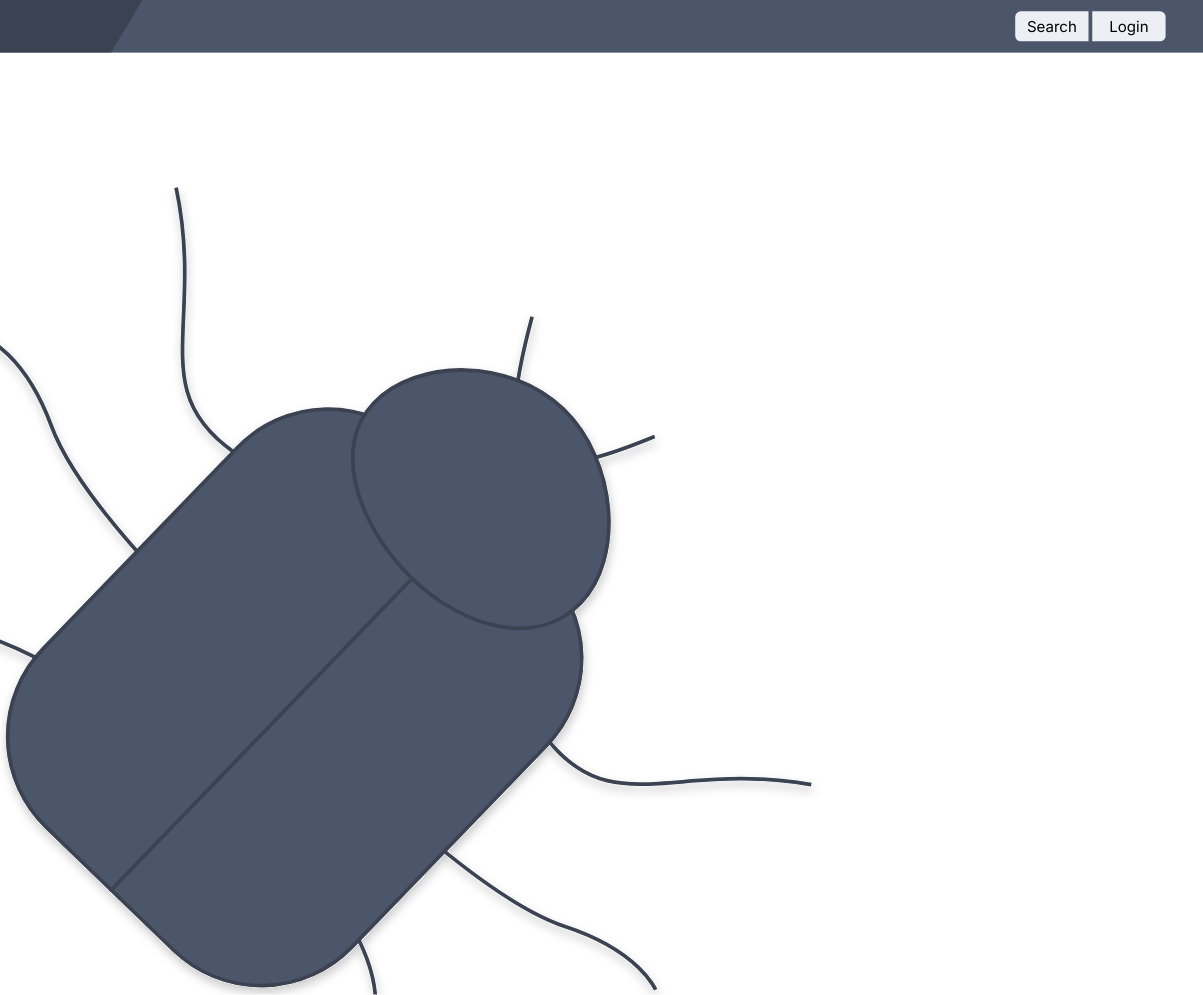
Repository: Qu4ntumGuy/project-bug
Page: /
These files come from the project's save history. The page is drawn as it stood at one moment and after the next save; the edit follows.
The browser window is 1280 px wide. The pictures show the whole page, at 94% of full size.
The project was rebuilt for these pictures with package versions that can differ from the ones it lists, and the page was loaded fresh each time. The framework's server and built-in components were replaced by stand-ins that run in the browser. Also part of the build but not shown: next.config.mjs.

Above is the page before, as saved 2024-02-11 22:37:37.

After the next save:
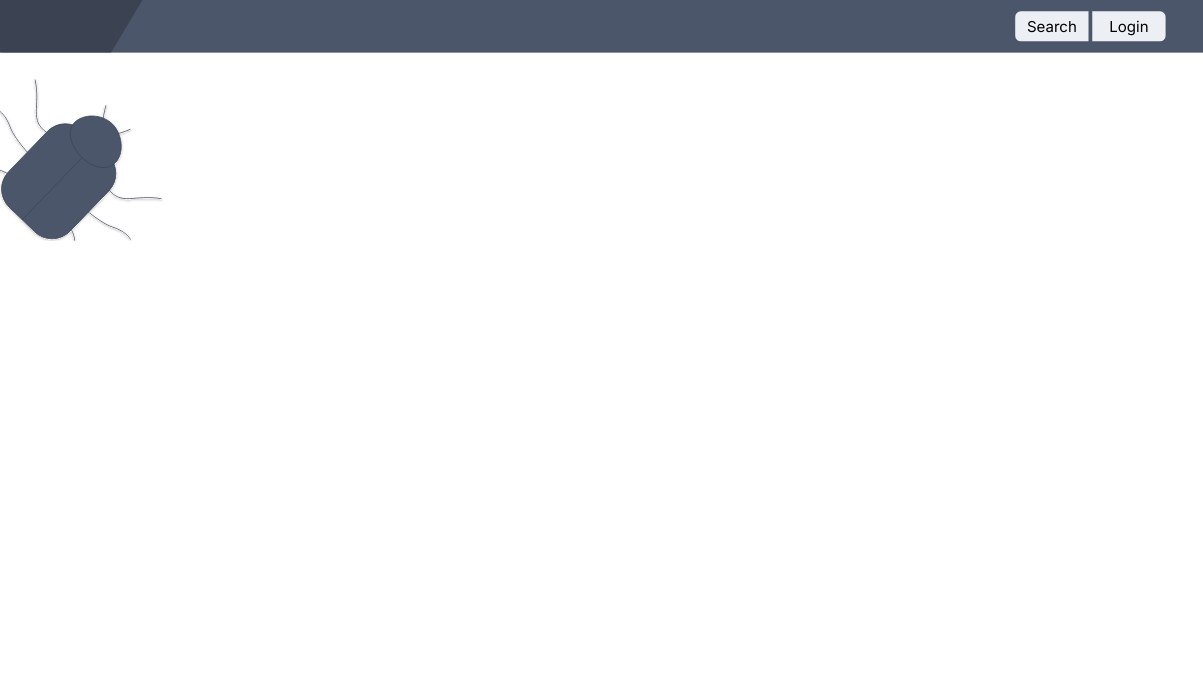
Saved 9 s later.
--- a/src/app/page.js
+++ b/src/app/page.js
@@ -8,7 +8,7 @@ export default function Home() {
       <Navbar />
       <div>
         <div className="">
-          <Image src={bug} alt="bug" />
+          <Image src={bug} height={200} alt="bug" />
         </div>
         <div></div>
       </div>
